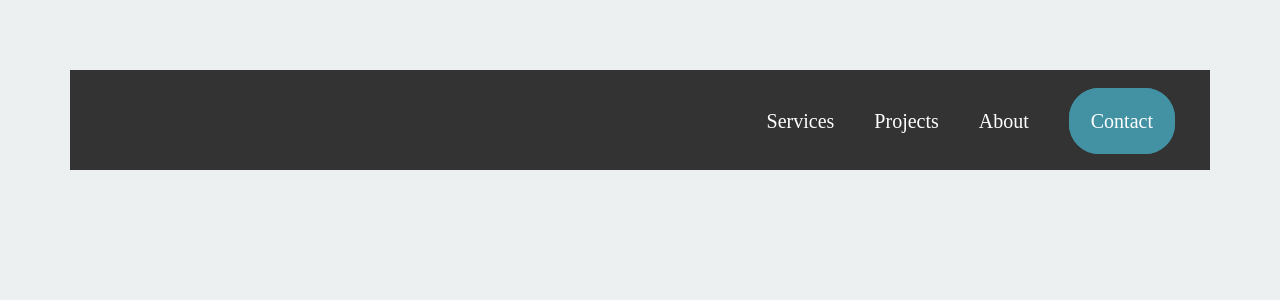
Repository: arifshahriyarnader/css-flexbox
Page: Exercise 1/index.html
These files come from the project's save history. The page is drawn as it stood at one moment and after a run of saves; the edit follows.
The browser window is 1280 px wide. The pictures show the whole page.

Above is the page before, as saved 2024-06-15 16:07:48.

### Exercise 1/index.html
<!DOCTYPE html>
<html lang="en">
<head>
    <meta charset="UTF-8">
    <meta name="viewport" content="width=device-width, initial-scale=1.0">
    <title>Navbar Using Flexbox</title>
    <link rel="stylesheet" href="css/style.css">
</head>
<body>
   <nav class="menubar_sec">
       <div class="leftmenu_link">
            <ul>
                <li><a href="#">Services</a></li>
                <li><a href="#">Projects</a></li>
                <li><a href="#">About</a></li>
                <li><a href="#" class="contact_btn">Contact</a></li>
            </ul>
           </div>
   </nav>
</body>
</html>

### Exercise 1/css/style.css
*{
    margin: 0px;
    padding: 0px;
}

ul{
    list-style: none;
}
a{
    text-decoration: none;
}
body{
    background-color: #ECF0F1;
}
.menubar_sec{
    background-color:#333333;
    min-height: 100px;
    margin: 70px;
    display:flex;
    justify-content: flex-end;
}

.leftmenu_link ul{
    display: flex;
    gap:40px;
    padding:40px 35px 35px 40px;

}

.leftmenu_link ul li a{
    color:#fff;
    font-size:20px;
    cursor: pointer;
}
.contact_btn{
    background-color:#4292A3;
    color:#fff;
    padding:20px 20px 20px 20px;
    border: 2px solid #4292A3;
    border-radius: 30px;

}

After the next 2 saves:
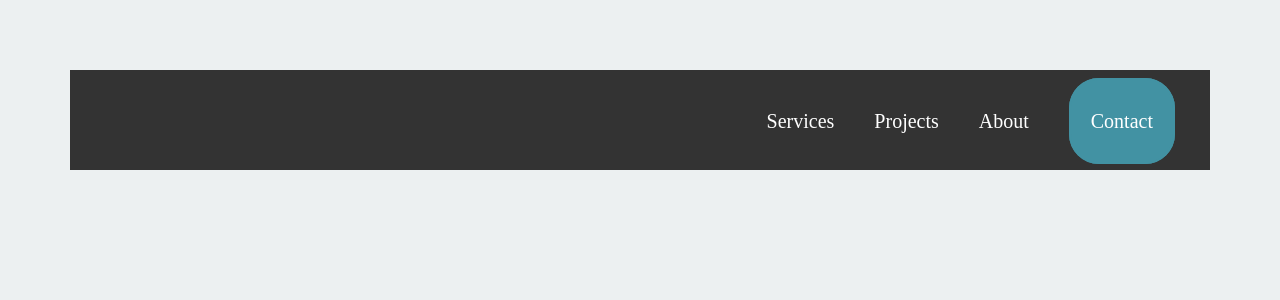
The 2 saves are shown as one change because they came seconds apart.
The last was saved 7 s later.
--- a/Exercise 1/css/style.css
+++ b/Exercise 1/css/style.css
@@ -35,7 +35,7 @@ body{
 .contact_btn{
     background-color:#4292A3;
     color:#fff;
-    padding:20px 20px 20px 20px;
+    padding:30px 20px 30px 20px;
     border: 2px solid #4292A3;
     border-radius: 30px;
 
